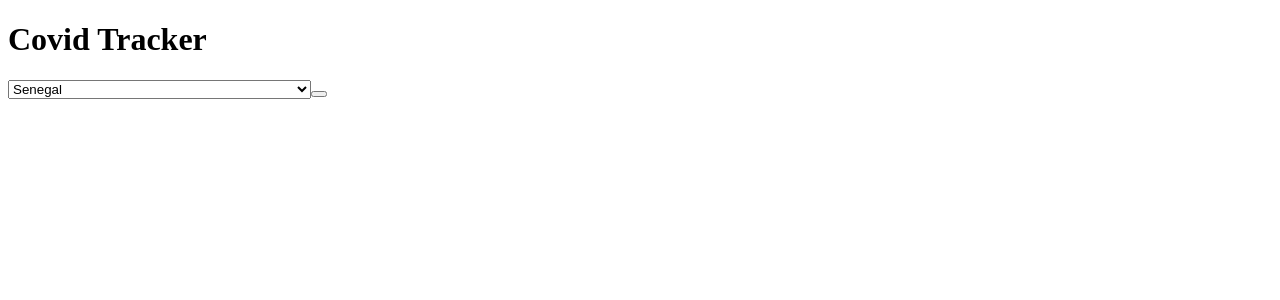
Repository: isopets/react-corona-tracker-app
Page: /
The author's editor kept a copy of each file at every save. The page is drawn from the files as they stood at one save, then again after a run of saves.
The browser window is 1280 px wide. The pictures show the whole page.
The project was rebuilt for these pictures with package versions that can differ from the ones it lists, and the page was loaded fresh each time. Also part of the build but not shown: src/App.css.

Above is the page before, as saved 2022-06-17 01:17:01.

### src/App.js
import "./App.css";
import TopPage from "./pages/TopPage";

function App() {
  return (
    <div>
      <TopPage />
    </div>
  );
}

export default App;

### src/pages/TopPage.js
import Title from "../components/Title";
import Selector from "../components/Selector";
const TopPage = () => {
  return (
    <div>
      <Title />
      <Selector />
    </div>
  );
};

export default TopPage;

### src/components/Title.js
const Title = () => {
  return <div><h1>Covid Tracker</h1> </div>;
};

export default Title;

### src/components/Selector.js
import countriesJson from "../countries.json";
import {useState} from "react";
const Selector = () => {
  const [country, setCountry] = useState("");
  const getCountryData = () => {
    fetch("https://api.covid19api.com/country/japan")
      .then(res => res.json())
      .then(data => console.log(data));
  };
  return (
    <div>
      <select onChange={e => setCountry(e.target.value)}>
        {countriesJson.map((country, index) => (
          <option key={index} value={country.Slug}>
            {country.Country}
          </option>
        ))}
      </select>
      <button onClick={getCountryData}></button>
    </div>
  );
};

export default Selector;

### src/countries.json
[{
        "Country": "Senegal",
        "Slug": "senegal",
        "ISO2": "SN"
    },
    {
        "Country": "United States of America",
        "Slug": "united-states",
        "ISO2": "US"
    },
    {
        "Country": "Antigua and Barbuda",
        "Slug": "antigua-and-barbuda",
        "ISO2": "AG"
    },
    {
        "Country": "Greece",
        "Slug": "greece",
        "ISO2": "GR"
    },
    {
        "Country": "Myanmar",
        "Slug": "myanmar",
        "ISO2": "MM"
    },
    {
        "Country": "Angola",
        "Slug": "angola",
        "ISO2": "AO"
    },
    {
        "Country": "British Virgin Islands",
        "Slug": "british-virgin-islands",
        "ISO2": "VG"
    },
    {
        "Country": "Japan",
        "Slug": "japan",
        "ISO2": "JP"
    },
    {
        "Country": "Liechtenstein",
        "Slug": "liechtenstein",
        "ISO2": "LI"
    },
    {
        "Country": "Nigeria",
        "Slug": "nigeria",
        "ISO2": "NG"
    },
    {
        "Country": "Rwanda",
        "Slug": "rwanda",
        "ISO2": "RW"
    },
    {
        "Country": "Vanuatu",
        "Slug": "vanuatu",
        "ISO2": "VU"
    },
    {
        "Country": "Mali",
        "Slug": "mali",
        "ISO2": "ML"
    },
    {
        "Country": "Nauru",
        "Slug": "nauru",
        "ISO2": "NR"
    },
    {
        "Country": "Brazil",
        "Slug": "brazil",
        "ISO2": "BR"
    },
    {
        "Country": "Chile",
        "Slug": "chile",
        "ISO2": "CL"
    },
    {
        "Country": "Cocos (Keeling) Islands",
        "Slug": "cocos-keeling-islands",
        "ISO2": "CC"
    },
    {
        "Country": "Grenada",
        "Slug": "grenada",
        "ISO2": "GD"
    },
    {
        "Country": "Slovenia",
        "Slug": "slovenia",
        "ISO2": "SI"
    },
    {
        "Country": "Virgin Islands, US",
        "Slug": "virgin-islands",
        "ISO2": "VI"
    },
    {
        "Country": "Belize",
        "Slug": "belize",
        "ISO2": "BZ"
    },
    {
        "Country": "Comoros",
        "Slug": "comoros",
        "ISO2": "KM"
    },
    {
        "Country": "Estonia",
        "Slug": "estonia",
        "ISO2": "EE"
    },
    {
        "Country": "Singapore",
        "Slug": "singapore",
        "ISO2": "SG"
    },
    {
        "Country": "Barbados",
        "Slug": "barbados",
        "ISO2": "BB"
    },
    {
        "Country": "Namibia",
        "Slug": "namibia",
        "ISO2": "NA"
    },
    {
        "Country": "Tunisia",
        "Slug": "tunisia",
        "ISO2": "TN"
    },
    {
        "Country": "Central African Republic",
        "Slug": "central-african-republic",
        "ISO2": "CF"
    },
    {
        "Country": "Costa Rica",
        "Slug": "costa-rica",
        "ISO2": "CR"
    },
    {
        "Country": "Jersey",
        "Slug": "jersey",
        "ISO2": "JE"
    },
    {
        "Country": "Romania",
        "Slug": "romania",
        "ISO2": "RO"
    },
    {
        "Country": "Western Sahara",
        "Slug": "western-sahara",
        "ISO2": "EH"
    },
    {
        "Country": "Cameroon",
        "Slug": "cameroon",
        "ISO2": "CM"
    },
    {
        "Country": "Tonga",
        "Slug": "tonga",
        "ISO2": "TO"
    },
    {
        "Country": "American Samoa",
        "Slug": "american-samoa",
        "ISO2": "AS"
    },
    {
        "Country": "Colombia",
        "Slug": "colombia",
        "ISO2": "CO"
    },
    {
        "Country": "Mayotte",
        "Slug": "mayotte",
        "ISO2": "YT"
    },
    {
        "Country": "Uzbekistan",
        "Slug": "uzbekistan",
        "ISO2": "UZ"
    },
    {
        "Country": "Eritrea",
        "Slug": "eritrea",
        "ISO2": "ER"
    },
    {
        "Country": "Mongolia",
        "Slug": "mongolia",
        "ISO2": "MN"
    },
    {
        "Country": "New Caledonia",
        "Slug": "new-caledonia",
        "ISO2": "NC"
    },
    {
        "Country": "Zambia",
        "Slug": "zambia",
        "ISO2": "ZM"
    },
    {
        "Country": "Mexico",
        "Slug": "mexico",
        "ISO2": "MX"
    },
    {
        "Country": "Papua New Guinea",
        "Slug": "papua-new-guinea",
        "ISO2": "PG"
    },
    {
        "Country": "Liberia",
        "Slug": "liberia",
        "ISO2": "LR"
    },
    {
        "Country": "Malaysia",
        "Slug": "malaysia",
        "ISO2": "MY"
    },
    {
        "Country": "Niger",
        "Slug": "niger",
        "ISO2": "NE"
    },
    {
        "Country": "India",
        "Slug": "india",
        "ISO2": "IN"
    },
    {
        "Country": "Guinea",
        "Slug": "guinea",
        "ISO2": "GN"
    },
    {
        "Country": "Malawi",
        "Slug": "malawi",
        "ISO2": "MW"
    },
    {
        "Country": "Maldives",
        "Slug": "maldives",
        "ISO2": "MV"
    },
    {
        "Country": "Uganda",
        "Slug": "uganda",
        "ISO2": "UG"
    },
    {
        "Country": "Dominican Republic",
        "Slug": "dominican-republic",
        "ISO2": "DO"
    },
    {
        "Country": "French Polynesia",
        "Slug": "french-polynesia",
        "ISO2": "PF"
    },
    {
        "Country": "Gabon",
        "Slug": "gabon",
        "ISO2": "GA"
    },
    {
        "Country": "Martinique",
        "Slug": "martinique",
        "ISO2": "MQ"
    },
    {
        "Country": "Niue",
        "Slug": "niue",
        "ISO2": "NU"
    },
    {
        "Country": "San Marino",
        "Slug": "san-marino",
        "ISO2": "SM"
    },
    {
        "Country": "Burkina Faso",
        "Slug": "burkina-faso",
        "ISO2": "BF"
    },
    {
        "Country": "Cape Verde",
        "Slug": "cape-verde",
        "ISO2": "CV"
    },
    {
        "Country": "Guyana",
        "Slug": "guyana",
        "ISO2": "GY"
    },
    {
        "Country": "Kiribati",
        "Slug": "kiribati",
        "ISO2": "KI"
    },
    {
        "Country": "Libya",
        "Slug": "libya",
        "ISO2": "LY"
    },
    {
        "Country": "Mauritius",
        "Slug": "mauritius",
        "ISO2": "MU"
    },
    {
        "Country": "Saint Pierre and Miquelon",
        "Slug": "saint-pierre-and-miquelon",
        "ISO2": "PM"
    },
    {
        "Country": "Belgium",
        "Slug": "belgium",
        "ISO2": "BE"
    },
    {
        "Country": "Thailand",
        "Slug": "thailand",
        "ISO2": "TH"
    },
    {
        "Country": "Dominica",
        "Slug": "dominica",
        "ISO2": "DM"
    },
    {
        "Country": "Netherlands",
        "Slug": "netherlands",
        "ISO2": "NL"
    },
    {
        "Country": "Republic of Kosovo",
        "Slug": "kosovo",
        "ISO2": "XK"
    },
    {
        "Country": "Brunei Darussalam",
        "Slug": "brunei",
        "ISO2": "BN"
    },
    {
        "Country": "Algeria",
        "Slug": "algeria",
        "ISO2": "DZ"
    },
    {
        "Country": "Anguilla",
        "Slug": "anguilla",
        "ISO2": "AI"
    },
    {
        "Country": "Croatia",
        "Slug": "croatia",
        "ISO2": "HR"
    },
    {
        "Country": "Faroe Islands",
        "Slug": "faroe-islands",
        "ISO2": "FO"
    },
    {
        "Country": "Saint Helena",
        "Slug": "saint-helena",
        "ISO2": "SH"
    },
    {
        "Country": "Saint Kitts and Nevis",
        "Slug": "saint-kitts-and-nevis",
        "ISO2": "KN"
    },
    {
        "Country": "Serbia",
        "Slug": "serbia",
        "ISO2": "RS"
    },
    {
        "Country": "Egypt",
        "Slug": "egypt",
        "ISO2": "EG"
    },
    {
        "Country": "Israel",
        "Slug": "israel",
        "ISO2": "IL"
    },
    {
        "Country": "Uruguay",
        "Slug": "uruguay",
        "ISO2": "UY"
    },
    {
        "Country": "British Indian Ocean Territory",
        "Slug": "british-indian-ocean-territory",
        "ISO2": "IO"
    },
    {
        "Country": "Isle of Man",
        "Slug": "isle-of-man",
        "ISO2": "IM"
    },
    {
        "Country": "Korea (North)",
        "Slug": "korea-north",
        "ISO2": "KP"
    },
    {
        "Country": "Macedonia, Republic of",
        "Slug": "macedonia",
        "ISO2": "MK"
    },
    {
        "Country": "Marshall Islands",
        "Slug": "marshall-islands",
        "ISO2": "MH"
    },
    {
        "Country": "Slovakia",
        "Slug": "slovakia",
        "ISO2": "SK"
    },
    {
        "Country": "South Africa",
        "Slug": "south-africa",
        "ISO2": "ZA"
    },
    {
        "Country": "Turkey",
        "Slug": "turkey",
        "ISO2": "TR"
    },
    {
        "Country": "Spain",
        "Slug": "spain",
        "ISO2": "ES"
    },
    {
        "Country": "Sweden",
        "Slug": "sweden",
        "ISO2": "SE"
    },
    {
        "Country": "Switzerland",
        "Slug": "switzerland",
        "ISO2": "CH"
    },
    {
        "Country": "Cayman Islands",
        "Slug": "cayman-islands",
        "ISO2": "KY"
    },
    {
        "Country": "Hong Kong, SAR China",
        "Slug": "hong-kong-sar-china",
        "ISO2": "HK"
    },
    {
        "Country": "Bangladesh",
        "Slug": "bangladesh",
        "ISO2": "BD"
    },
    {
        "Country": "Lebanon",
        "Slug": "lebanon",
        "ISO2": "LB"
    },
    {
        "Country": "Saint Lucia",
        "Slug": "saint-lucia",
        "ISO2": "LC"
    },
    {
        "Country": "Saint Vincent and Grenadines",
        "Slug": "saint-vincent-and-the-grenadines",
        "ISO2": "VC"
    },
    {
        "Country": "Solomon Islands",
        "Slug": "solomon-islands",
        "ISO2": "SB"
    },
    {
        "Country": "Afghanistan",
        "Slug": "afghanistan",
        "ISO2": "AF"
    },
    {
        "Country": "Georgia",
        "Slug": "georgia",
        "ISO2": "GE"
    },
    {
        "Country": "Jamaica",
        "Slug": "jamaica",
        "ISO2": "JM"
    },
    {
        "Country": "Antarctica",
        "Slug": "antarctica",
        "ISO2": "AQ"
    },
    {
        "Country": "Denmark",
        "Slug": "denmark",
        "ISO2": "DK"
    },
    {
        "Country": "Ecuador",
        "Slug": "ecuador",
        "ISO2": "EC"
    },
    {
        "Country": "Sri Lanka",
        "Slug": "sri-lanka",
        "ISO2": "LK"
    },
    {
        "Country": "Guam",
        "Slug": "guam",
        "ISO2": "GU"
    },
    {
        "Country": "Saint-Barthélemy",
        "Slug": "saint-barthélemy",
        "ISO2": "BL"
    },
    {
        "Country": "ALA Aland Islands",
        "Slug": "ala-aland-islands",
        "ISO2": "AX"
    },
    {
        "Country": "Czech Republic",
        "Slug": "czech-republic",
        "ISO2": "CZ"
    },
    {
        "Country": "Lithuania",
        "Slug": "lithuania",
        "ISO2": "LT"
    },
    {
        "Country": "Tuvalu",
        "Slug": "tuvalu",
        "ISO2": "TV"
    },
    {
        "Country": "Azerbaijan",
        "Slug": "azerbaijan",
        "ISO2": "AZ"
    },
    {
        "Country": "Luxembourg",
        "Slug": "luxembourg",
        "ISO2": "LU"
    },
    {
        "Country": "Ethiopia",
        "Slug": "ethiopia",
        "ISO2": "ET"
    },
    {
        "Country": "Armenia",
        "Slug": "armenia",
        "ISO2": "AM"
    },
    {
        "Country": "Bahamas",
        "Slug": "bahamas",
        "ISO2": "BS"
    },
    {
        "Country": "Germany",
        "Slug": "germany",
        "ISO2": "DE"
    },
    {
        "Country": "Malta",
        "Slug": "malta",
        "ISO2": "MT"
    },
    {
        "Country": "Argentina",
        "Slug": "argentina",
        "ISO2": "AR"
    },
    {
        "Country": "Bhutan",
        "Slug": "bhutan",
        "ISO2": "BT"
    },
    {
        "Country": "Cuba",
        "Slug": "cuba",
        "ISO2": "CU"
    },
    {
        "Country": "Kuwait",
        "Slug": "kuwait",
        "ISO2": "KW"
    },
    {
        "Country": "Latvia",
        "Slug": "latvia",
        "ISO2": "LV"
    },
    {
        "Country": "Peru",
        "Slug": "peru",
        "ISO2": "PE"
    },
    {
        "Country": "Northern Mariana Islands",
        "Slug": "northern-mariana-islands",
        "ISO2": "MP"
    },
    {
        "Country": "Palau",
        "Slug": "palau",
        "ISO2": "PW"
    },
    {
        "Country": "Syrian Arab Republic (Syria)",
        "Slug": "syria",
        "ISO2": "SY"
    },
    {
        "Country": "Viet Nam",
        "Slug": "vietnam",
        "ISO2": "VN"
    },
    {
        "Country": "El Salvador",
        "Slug": "el-salvador",
        "ISO2": "SV"
    },
    {
        "Country": "Falkland Islands (Malvinas)",
        "Slug": "falkland-islands-malvinas",
        "ISO2": "FK"
    },
    {
        "Country": "Fiji",
        "Slug": "fiji",
        "ISO2": "FJ"
    },
    {
        "Country": "Gibraltar",
        "Slug": "gibraltar",
        "ISO2": "GI"
    },
    {
        "Country": "Micronesia, Federated States of",
        "Slug": "micronesia",
        "ISO2": "FM"
    },
    {
        "Country": "Nepal",
        "Slug": "nepal",
        "ISO2": "NP"
    },
    {
        "Country": "Bolivia",
        "Slug": "bolivia",
        "ISO2": "BO"
    },
    {
        "Country": "Wallis and Futuna Islands",
        "Slug": "wallis-and-futuna-islands",
        "ISO2": "WF"
    },
    {
        "Country": "Burundi",
        "Slug": "burundi",
        "ISO2": "BI"
    },
    {
        "Country": "Honduras",
        "Slug": "honduras",
        "ISO2": "HN"
    },
    {
        "Country": "Hungary",
        "Slug": "hungary",
        "ISO2": "HU"
    },
    {
        "Country": "Somalia",
        "Slug": "somalia",
        "ISO2": "SO"
    },
    {
        "Country": "Timor-Leste",
        "Slug": "timor-leste",
        "ISO2": "TL"
    },
    {
        "Country": "Turks and Caicos Islands",
        "Slug": "turks-and-caicos-islands",
        "ISO2": "TC"
    },
    {
        "Country": "Djibouti",
        "Slug": "djibouti",
        "ISO2": "DJ"
    },
    {
        "Country": "Paraguay",
        "Slug": "paraguay",
        "ISO2": "PY"
    },
    {
        "Country": "Sierra Leone",
        "Slug": "sierra-leone",
        "ISO2": "SL"
    },
    {
        "Country": "Sudan",
        "Slug": "sudan",
        "ISO2": "SD"
    },
    {
        "Country": "Côte d'Ivoire",
        "Slug": "cote-divoire",
        "ISO2": "CI"
    },
    {
        "Country": "Netherlands Antilles",
        "Slug": "netherlands-antilles",
        "ISO2": "AN"
    },
    {
        "Country": "Nicaragua",
        "Slug": "nicaragua",
        "ISO2": "NI"
    },
    {
        "Country": "Pakistan",
        "Slug": "pakistan",
        "ISO2": "PK"
    },
    {
        "Country": "Puerto Rico",
        "Slug": "puerto-rico",
        "ISO2": "PR"
    },
    {
        "Country": "Sao Tome and Principe",
        "Slug": "sao-tome-and-principe",
        "ISO2": "ST"
    },
    {
        "Country": "Italy",
        "Slug": "italy",
        "ISO2": "IT"
    },
    {
        "Country": "Bouvet Island",
        "Slug": "bouvet-island",
        "ISO2": "BV"
    },
    {
        "Country": "Bulgaria",
        "Slug": "bulgaria",
        "ISO2": "BG"
    },
    {
        "Country": "Cook Islands",
        "Slug": "cook-islands",
        "ISO2": "CK"
    },
    {
        "Country": "Turkmenistan",
        "Slug": "turkmenistan",
        "ISO2": "TM"
    },
    {
        "Country": "Aruba",
        "Slug": "aruba",
        "ISO2": "AW"
    },
    {
        "Country": "Montenegro",
        "Slug": "montenegro",
        "ISO2": "ME"
    },
    {
        "Country": "Morocco",
        "Slug": "morocco",
        "ISO2": "MA"
    },
    {
        "Country": "Russian Federation",
        "Slug": "russia",
        "ISO2": "RU"
    },
    {
        "Country": "Equatorial Guinea",
        "Slug": "equatorial-guinea",
        "ISO2": "GQ"
    },
    {
        "Country": "Qatar",
        "Slug": "qatar",
        "ISO2": "QA"
    },
    {
        "Country": "Greenland",
        "Slug": "greenland",
        "ISO2": "GL"
    },
    {
        "Country": "Palestinian Territory",
        "Slug": "palestine",
        "ISO2": "PS"
    },
    {
        "Country": "Réunion",
        "Slug": "réunion",
        "ISO2": "RE"
    },
    {
        "Country": "Seychelles",
        "Slug": "seychelles",
        "ISO2": "SC"
    },
    {
        "Country": "Tajikistan",
        "Slug": "tajikistan",
        "ISO2": "TJ"
    },
    {
        "Country": "Montserrat",
        "Slug": "montserrat",
        "ISO2": "MS"
    },
    {
        "Country": "United Arab Emirates",
        "Slug": "united-arab-emirates",
        "ISO2": "AE"
    },
    {
        "Country": "Guatemala",
        "Slug": "guatemala",
        "ISO2": "GT"
    },
    {
        "Country": "Madagascar",
        "Slug": "madagascar",
        "ISO2": "MG"
    },
    {
        "Country": "Bosnia and Herzegovina",
        "Slug": "bosnia-and-herzegovina",
        "ISO2": "BA"
    },
    {
        "Country": "Trinidad and Tobago",
        "Slug": "trinidad-and-tobago",
        "ISO2": "TT"
    },
    {
        "Country": "United Kingdom",
        "Slug": "united-kingdom",
        "ISO2": "GB"
    },
    {
        "Country": "Finland",
        "Slug": "finland",
        "ISO2": "FI"
    },
    {
        "Country": "Kyrgyzstan",
        "Slug": "kyrgyzstan",
        "ISO2": "KG"
    },
    {
        "Country": "Macao, SAR China",
        "Slug": "macao-sar-china",
        "ISO2": "MO"
    },
    {
        "Country": "Moldova",
        "Slug": "moldova",
        "ISO2": "MD"
    },
    {
        "Country": "Botswana",
        "Slug": "botswana",
        "ISO2": "BW"
    },
    {
        "Country": "Korea (South)",
        "Slug": "korea-south",
        "ISO2": "KR"
    },
    {
        "Country": "Oman",
        "Slug": "oman",
        "ISO2": "OM"
    },
    {
        "Country": "Saudi Arabia",
        "Slug": "saudi-arabia",
        "ISO2": "SA"
    },
    {
        "Country": "South Georgia and the South Sandwich Islands",
        "Slug": "south-georgia-and-the-south-sandwich-islands",
        "ISO2": "GS"
    },
    {
        "Country": "Swaziland",
        "Slug": "swaziland",
        "ISO2": "SZ"
    },
    {
        "Country": "China",
        "Slug": "china",
        "ISO2": "CN"
    },
    {
        "Country": "Bermuda",
        "Slug": "bermuda",
        "ISO2": "BM"
    },
    {
        "Country": "Iceland",
        "Slug": "iceland",
        "ISO2": "IS"
    },
    {
        "Country": "Christmas Island",
        "Slug": "christmas-island",
        "ISO2": "CX"
    },
    {
        "Country": "Congo (Brazzaville)",
        "Slug": "congo-brazzaville",
        "ISO2": "CG"
    },
    {
        "Country": "Kazakhstan",
        "Slug": "kazakhstan",
        "ISO2": "KZ"
    },
    {
        "Country": "Taiwan, Republic of China",
        "Slug": "taiwan",
        "ISO2": "TW"
    },
    {
        "Country": "Togo",
        "Slug": "togo",
        "ISO2": "TG"
    },
    {
        "Country": "Venezuela (Bolivarian Republic)",
        "Slug": "venezuela",
        "ISO2": "VE"
    },
    {
        "Country": "Tanzania, United Republic of",
        "Slug": "tanzania",
        "ISO2": "TZ"
    },
    {
        "Country": "US Minor Outlying Islands",
        "Slug": "us-minor-outlying-islands",
        "ISO2": "UM"
    },
    {
        "Country": "Saint-Martin (French part)",
        "Slug": "saint-martin-french-part",
        "ISO2": "MF"
    },
    {
        "Country": "Albania",
        "Slug": "albania",
        "ISO2": "AL"
    },
    {
        "Country": "Heard and Mcdonald Islands",
        "Slug": "heard-and-mcdonald-islands",
        "ISO2": "HM"
    },
    {
        "Country": "Austria",
        "Slug": "austria",
        "ISO2": "AT"
    },
    {
        "Country": "Panama",
        "Slug": "panama",
        "ISO2": "PA"
    },
    {
        "Country": "Iraq",
        "Slug": "iraq",
        "ISO2": "IQ"
    },
    {
        "Country": "Ireland",
        "Slug": "ireland",
        "ISO2": "IE"
    },
    {
        "Country": "Mozambique",
        "Slug": "mozambique",
        "ISO2": "MZ"
    },
    {
        "Country": "Philippines",
        "Slug": "philippines",
        "ISO2": "PH"
    },
    {
        "Country": "Ukraine",
        "Slug": "ukraine",
        "ISO2": "UA"
    },
    {
        "Country": "Ghana",
        "Slug": "ghana",
        "ISO2": "GH"
    },
    {
        "Country": "Mauritania",
        "Slug": "mauritania",
        "ISO2": "MR"
    },
    {
        "Country": "Norway",
        "Slug": "norway",
        "ISO2": "NO"
    },
    {
        "Country": "Chad",
        "Slug": "chad",
        "ISO2": "TD"
    },
    {
        "Country": "Kenya",
        "Slug": "kenya",
        "ISO2": "KE"
    },
    {
        "Country": "Lao PDR",
        "Slug": "lao-pdr",
        "ISO2": "LA"
    },
    {
        "Country": "Svalbard and Jan Mayen Islands",
        "Slug": "svalbard-and-jan-mayen-islands",
        "ISO2": "SJ"
    },
    {
        "Country": "Benin",
        "Slug": "benin",
        "ISO2": "BJ"
    },
    {
        "Country": "Samoa",
        "Slug": "samoa",
        "ISO2": "WS"
    },
    {
        "Country": "South Sudan",
        "Slug": "south-sudan",
        "ISO2": "SS"
    },
    {
        "Country": "Belarus",
        "Slug": "belarus",
        "ISO2": "BY"
    },
    {
        "Country": "Cambodia",
        "Slug": "cambodia",
        "ISO2": "KH"
    },
    {
        "Country": "Cyprus",
        "Slug": "cyprus",
        "ISO2": "CY"
    },
    {
        "Country": "Jordan",
        "Slug": "jordan",
        "ISO2": "JO"
    },
    {
        "Country": "Portugal",
        "Slug": "portugal",
        "ISO2": "PT"
    },
    {
        "Country": "Bahrain",
        "Slug": "bahrain",
        "ISO2": "BH"
    },
    {
        "Country": "Suriname",
        "Slug": "suriname",
        "ISO2": "SR"
    },
    {
        "Country": "Andorra",
        "Slug": "andorra",
        "ISO2": "AD"
    },
    {
        "Country": "Guernsey",
        "Slug": "guernsey",
        "ISO2": "GG"
    },
    {
        "Country": "New Zealand",
        "Slug": "new-zealand",
        "ISO2": "NZ"
    },
    {
        "Country": "Pitcairn",
        "Slug": "pitcairn",
        "ISO2": "PN"
    },
    {
        "Country": "Tokelau",
        "Slug": "tokelau",
        "ISO2": "TK"
    },
    {
        "Country": "French Southern Territories",
        "Slug": "french-southern-territories",
        "ISO2": "TF"
    },
    {
        "Country": "Congo (Kinshasa)",
        "Slug": "congo-kinshasa",
        "ISO2": "CD"
    },
    {
        "Country": "French Guiana",
        "Slug": "french-guiana",
        "ISO2": "GF"
    },
    {
        "Country": "Guinea-Bissau",
        "Slug": "guinea-bissau",
        "ISO2": "GW"
    },
    {
        "Country": "Haiti",
        "Slug": "haiti",
        "ISO2": "HT"
    },
    {
        "Country": "Holy See (Vatican City State)",
        "Slug": "holy-see-vatican-city-state",
        "ISO2": "VA"
    },
    {
        "Country": "Zimbabwe",
        "Slug": "zimbabwe",
        "ISO2": "ZW"
    },
    {
        "Country": "Australia",
        "Slug": "australia",
        "ISO2": "AU"
    },
    {
        "Country": "France",
        "Slug": "france",
        "ISO2": "FR"
    },
    {
        "Country": "Gambia",
        "Slug": "gambia",
        "ISO2": "GM"
    },
    {
        "Country": "Indonesia",
        "Slug": "indonesia",
        "ISO2": "ID"
    },
    {
        "Country": "Iran, Islamic Republic of",
        "Slug": "iran",
        "ISO2": "IR"
    },
    {
        "Country": "Monaco",
        "Slug": "monaco",
        "ISO2": "MC"
    },
    {
        "Country": "Norfolk Island",
        "Slug": "norfolk-island",
        "ISO2": "NF"
    },
    {
        "Country": "Canada",
        "Slug": "canada",
        "ISO2": "CA"
    },
    {
        "Country": "Guadeloupe",
        "Slug": "guadeloupe",
        "ISO2": "GP"
    },
    {
        "Country": "Lesotho",
        "Slug": "lesotho",
        "ISO2": "LS"
    },
    {
        "Country": "Poland",
        "Slug": "poland",
        "ISO2": "PL"
    },
    {
        "Country": "Yemen",
        "Slug": "yemen",
        "ISO2": "YE"
    }
]

Loaded but not shown: public/index.html (common file); src/index.js (common file)

After the next 2 saves:
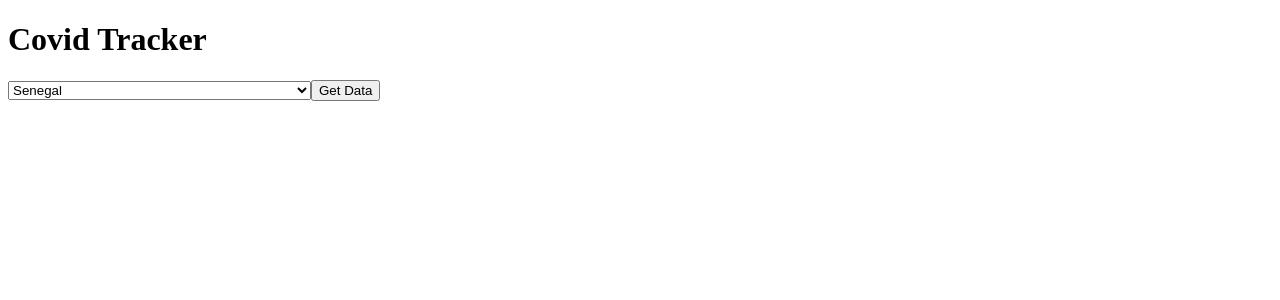
The 2 saves are shown as one change because they came seconds apart.
The last was saved 10 s later.
--- a/src/components/Selector.js
+++ b/src/components/Selector.js
@@ -16,7 +16,7 @@ const Selector = () => {
           </option>
         ))}
       </select>
-      <button onClick={getCountryData}></button>
+      <button onClick={getCountryData}>Get Data</button>
     </div>
   );
 };
